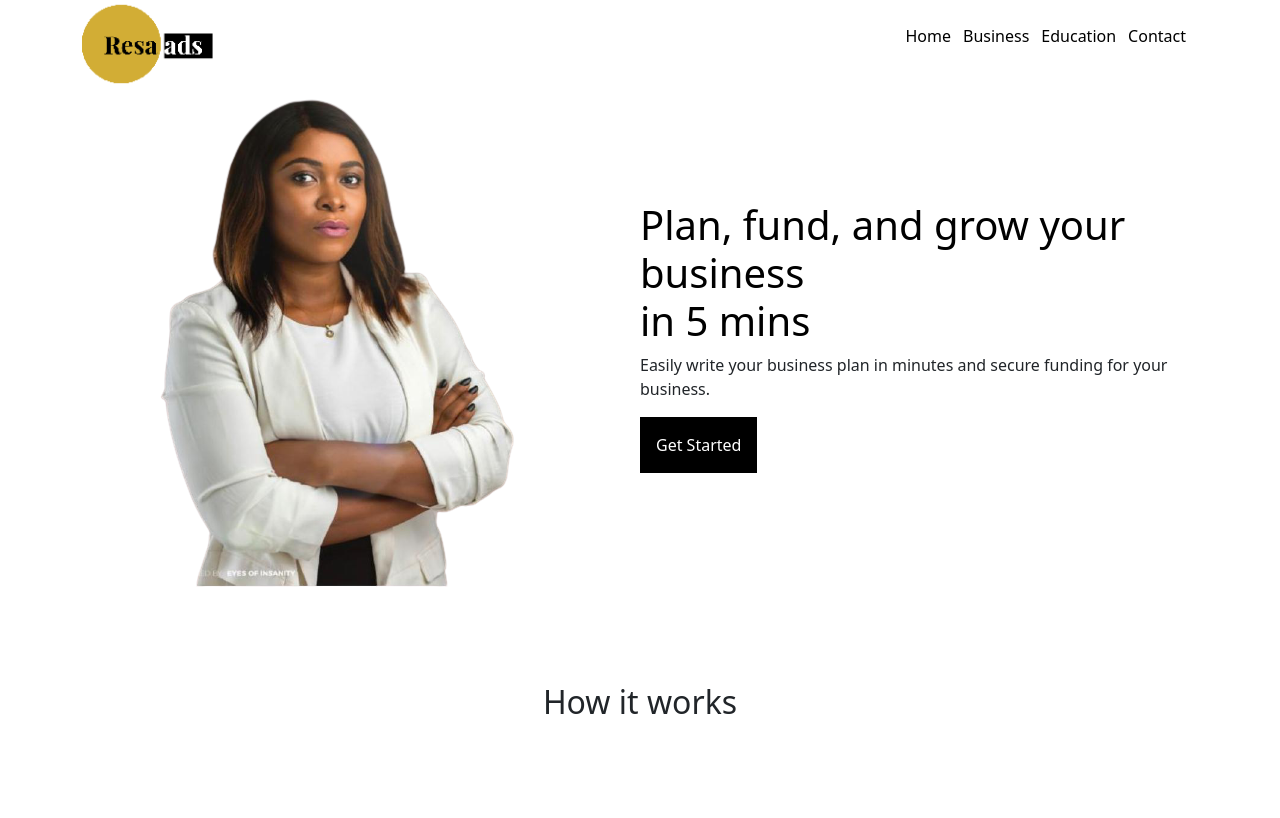
Repository: latenightsnacc/resaads-consults
Page: index.html
The author's editor kept a copy of each file at every save. The page is drawn from the files as they stood at one save, then again after the next save.
The browser window is 1280 px wide. The pictures show the whole page.
Some web libraries are served in a nearby version.

Above is the page before, as saved 2021-08-05 09:59:16.

After the next save:
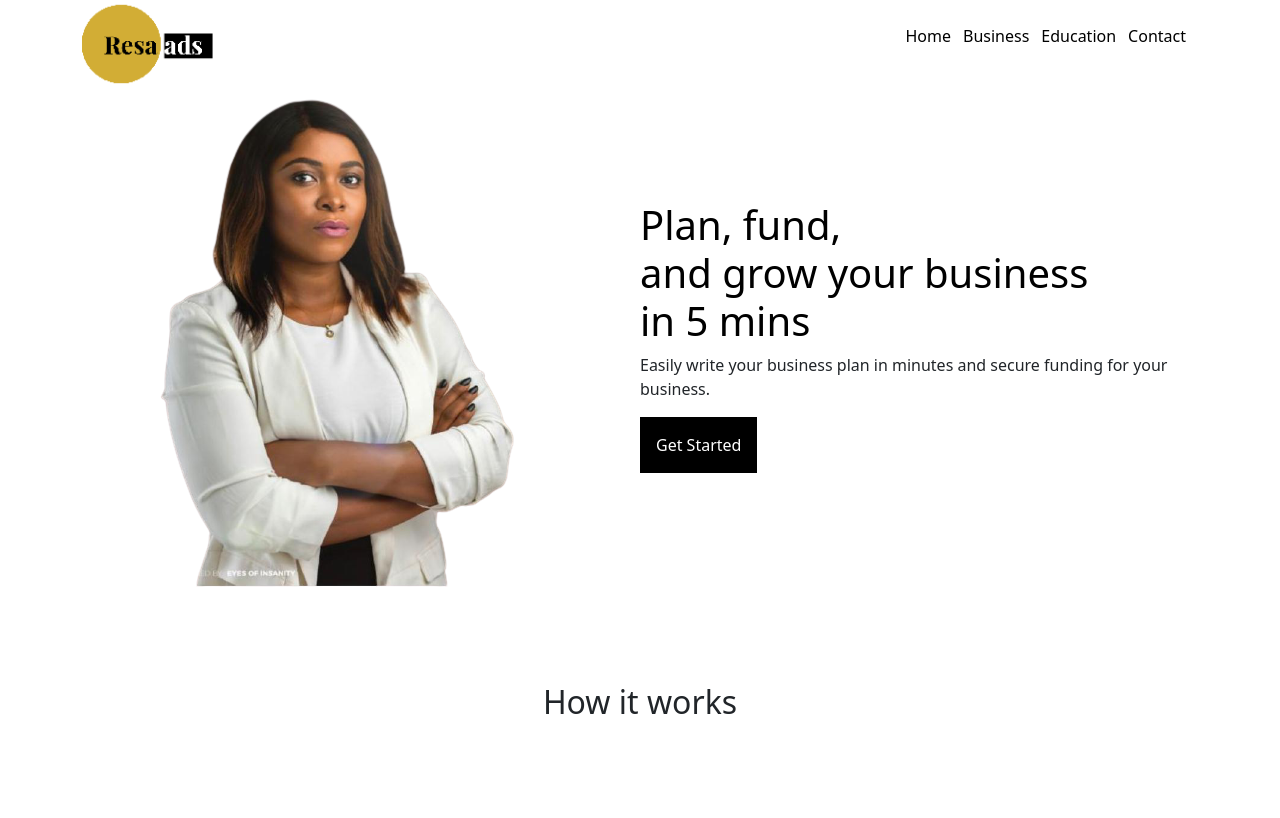
Saved 12 s later.
--- a/index.html
+++ b/index.html
@@ -56,7 +56,7 @@
                     </div>
                     <div class="w-1/2 flex flex-col justify-center items-start">
                         <h1 class="text-black fontbold">Plan, fund,
-                            <span> and grow your business</span>
+                            <br> <span> and grow your business</span>
                             <br/><span>in 5 mins</span>
                         </h1>
                         <p>Easily write your business plan in minutes and secure funding for your business. </p>
